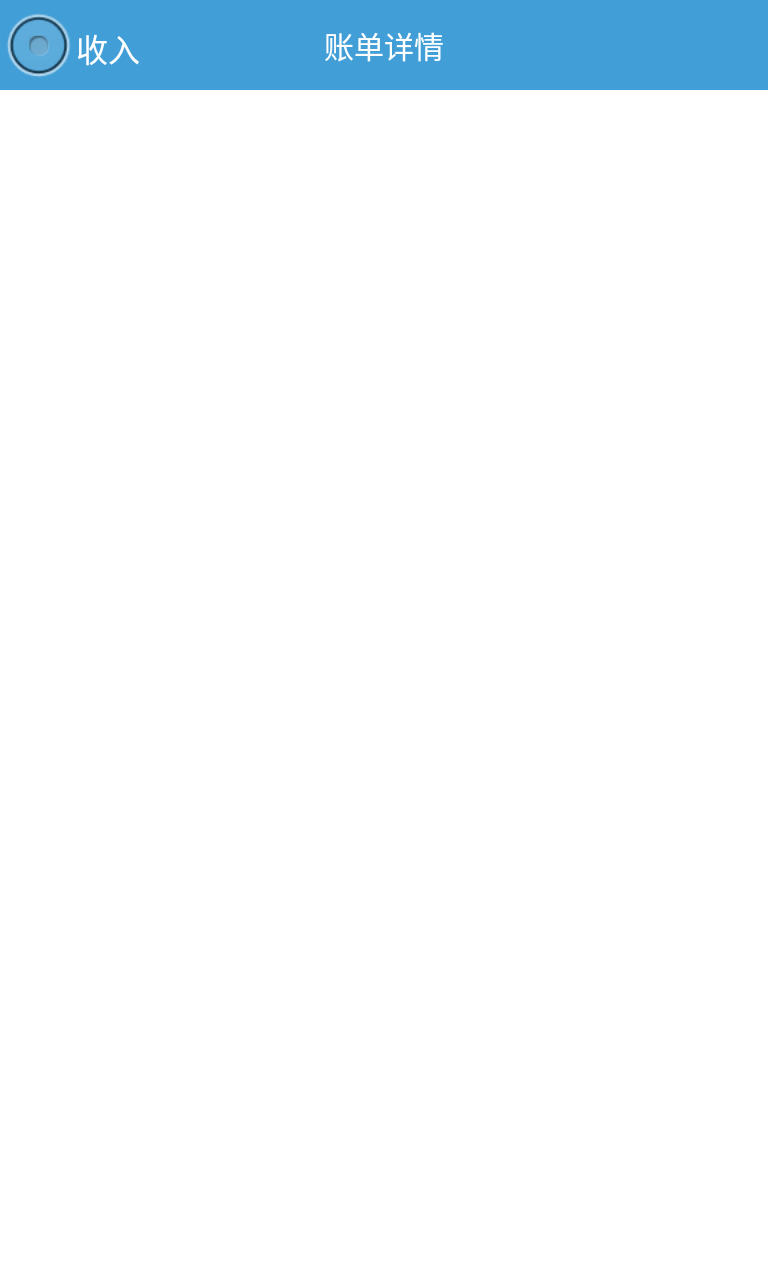
Repository: MySixGad/MyBill
Layout: Bill/Bill/res/layout/activity_detailed.xml
An editor plug-in stored every save of this project. The layout is shown before and after the next save, followed by the edit.
It is drawn on a 768 x 1280 px phone screen (xhdpi) without system bars, with theme android:Theme.Translucent; the app's code is not run.

Above is the layout before, as saved 2016-12-13 05:21:28.

After the next save:
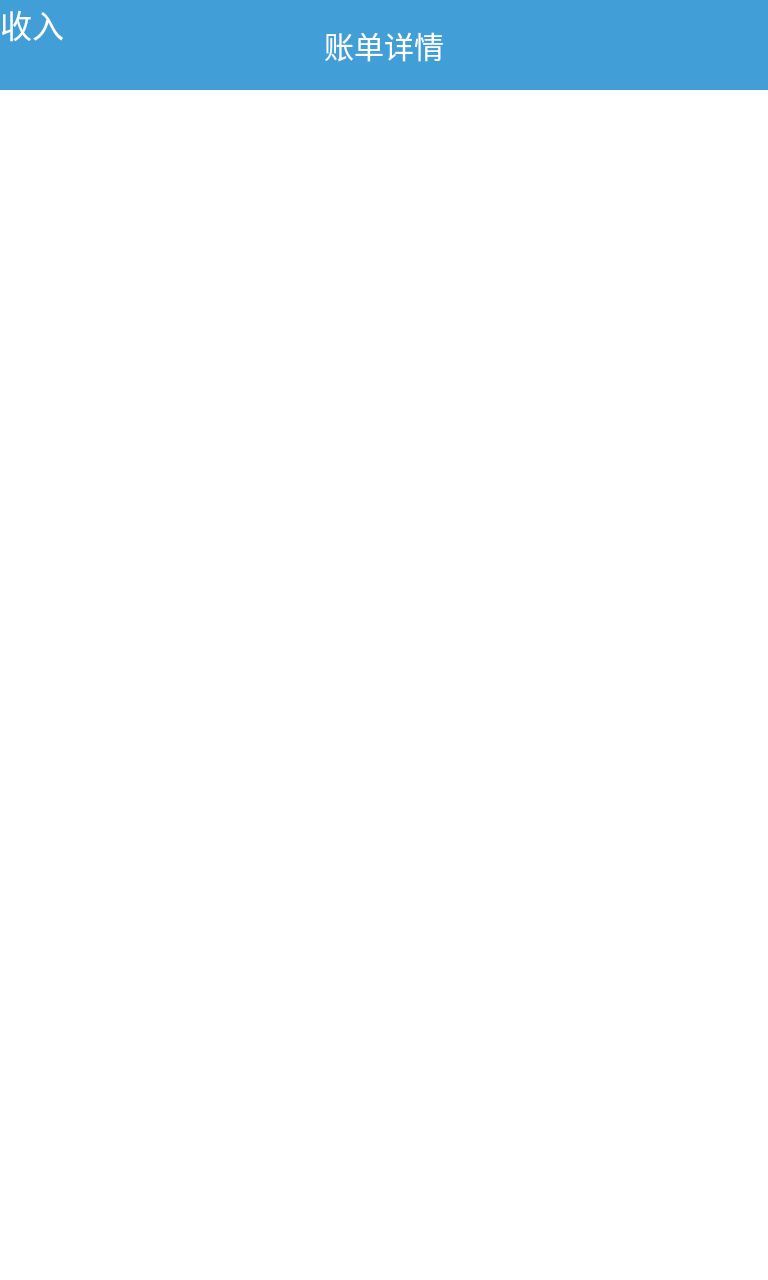
Saved 21 s later.
--- a/Bill/Bill/res/layout/activity_detailed.xml
+++ b/Bill/Bill/res/layout/activity_detailed.xml
@@ -11,7 +11,7 @@
         android:text="账单详情" />
 
     <RadioButton
-        android:buttom="@null"
+        android:button="@null"
         android:text="收入"
         android:layout_width="wrap_content"
         android:layout_height="wrap_content" />
